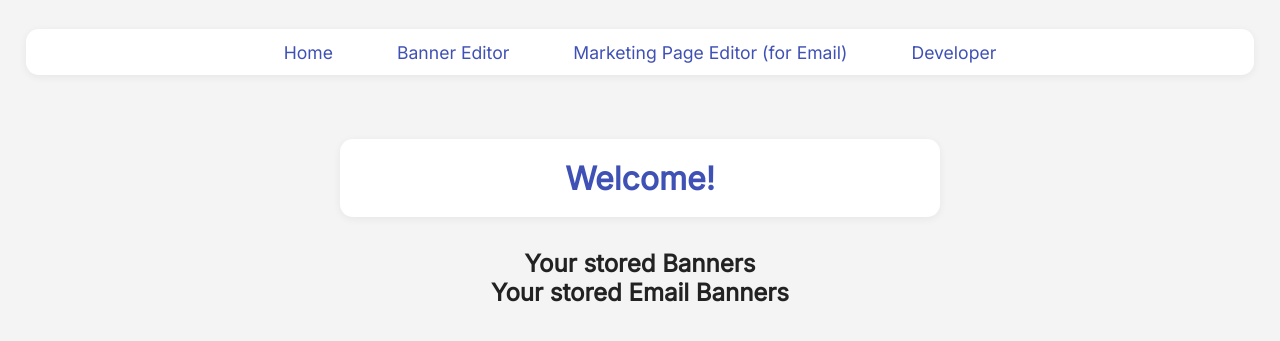
Repository: Yuravolontir/--Baner-Editor--
Page: dashboard.html
An editor plug-in stored every save of this project. The page is shown before and after the next save, followed by the edit.
The browser window is 1280 px wide. The pictures show the whole page.

Above is the page before, as saved 2025-07-18 15:37:35.

After the next save:
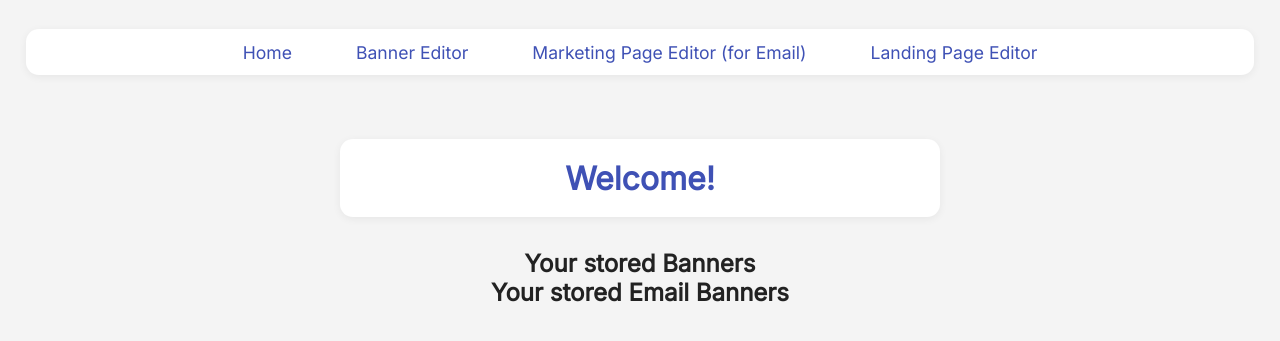
Saved 75 s later.
--- a/dashboard.html
+++ b/dashboard.html
@@ -23,7 +23,7 @@
     <li><a href="/dashboard.html">Home</a></li>
     <li><a href="/banner.html">Banner Editor</a></li>
     <li><a href="/email.html">Marketing Page Editor (for Email)</a></li>
-    <li><a href="/thanks-to-developer.html">Developer</a></li>
+    <li><a href="/landing.html">Landing Page Editor</a></li>
     </ul>
 </nav>
 
